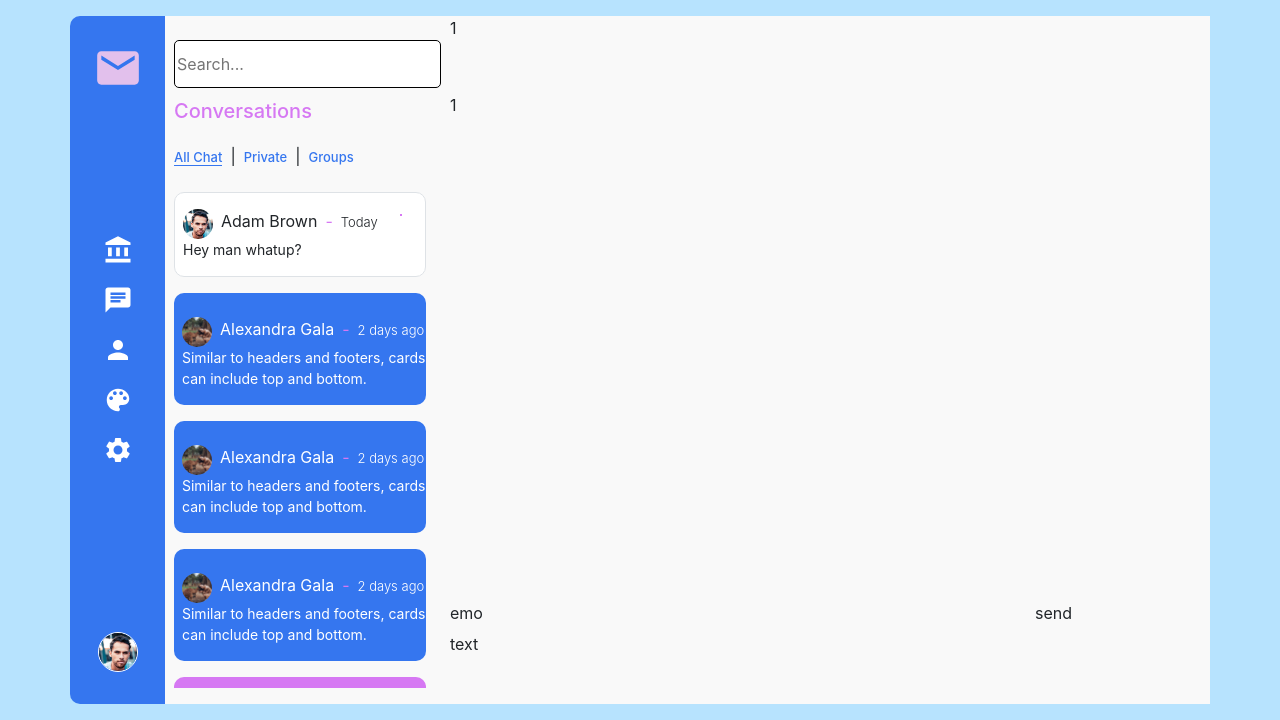
Repository: arafat877/super-chat
Page: /
These files come from the project's save history. The page is drawn as it stood at one moment and after the next save; the edit follows.
The browser window is 1280 px wide. The pictures show the whole page.
The project was rebuilt for these pictures with package versions that can differ from the ones it lists, and the page was loaded fresh each time.

Above is the page before, as saved 2020-08-07 01:11:57.

### public/index.html
<!DOCTYPE html>
<html lang="en">
  <head>
    <meta charset="utf-8" />
    <meta name="viewport" content="width=device-width, initial-scale=1" />
    <meta name="theme-color" content="#000000" />
    <meta
      name="description"
      content="Chat application with node.js, express, react.js, mongoDb and socket.io"
    />
    <link rel="stylesheet" href="styles.css" />
    <link
      rel="stylesheet"
      href="https://maxcdn.bootstrapcdn.com/bootstrap/4.5.0/css/bootstrap.min.css"
      integrity="sha384-9aIt2nRpC12Uk9gS9baDl411NQApFmC26EwAOH8WgZl5MYYxFfc+NcPb1dKGj7Sk"
      crossorigin="anonymous"
    />
    <link
      href="https://fonts.googleapis.com/css2?family=Roboto:wght@100;300;400;500;700;900&display=swap"
      rel="stylesheet"
    />

    <title>Super Chat</title>
  </head>
  <body>
    <noscript>You need to enable JavaScript to run this app.</noscript>
    <div id="root"></div>
  </body>
</html>

### src/App.js
import React from "react";
import "./App.scss";
import {
  Email,
  Chat,
  Person,
  Settings,
  Palette,
  AccountBalance,
} from "@material-ui/icons";

import { Avatar } from '@material-ui/core';
import { AvatarGroup } from "@material-ui/lab";

function App() {
  return (
    <div className="appContainer vh-100 d-flex">
      <div className="container mt-3 mb-3 appWrapper">
        <div className="row h-100">
          <div className="col-1 d-none d-sm-none d-md-block container h-100 firstCol">
            <div className="row logoRow justify-content-center">
              <Email className="m-auto logo" />
            </div>
            <div className="row menuRow">
              <ul className="menuList m-auto p-0">
                <li className="menuItem">
                  <AccountBalance className="menuItemIcon" />
                </li>
                <li className="menuItem">
                  <Chat className="menuItemIcon" />
                </li>
                <li className="menuItem">
                  <Person className="menuItemIcon" />
                </li>
                <li className="menuItem">
                  <Palette className="menuItemIcon" />
                </li>
                <li className="menuItem">
                  <Settings className="menuItemIcon" />
                </li>
              </ul>
            </div>
            <div className="row photoRow justify-content-center">
              <img
                className="m-auto profilePhoto"
                src={require("./assets/m1.jpeg")}
                alt="profile"
              />
            </div>
          </div>
          <div className="col-3 container h-100 secondCol p-4">
            <div className="row searchRow">
              <input className="searchInput" placeholder="Search..." />
            </div>
            <div className="row convRow mt-2">
              <span className="convSpan">Conversations</span>
            </div>
            <div className="row selectRow">
              <ul className="selectionList p-0">
                <li
                  className="selectionListItem d-inline mr-2"
                  style={{ borderBottom: "solid 0.05px #3576ef" }}
                >
                  All Chat
                </li>
                |
                <li className="selectionListItem d-inline mr-2 ml-2">
                  Private
                </li>
                |
                <li className="selectionListItem d-inline mr-2 ml-2">Groups</li>
              </ul>
            </div>
            <div className="row groupsRow">
              <div className="container">
                <div className="row convCard pt-3 pb-3 pl-2 mt-3">
                  <img
                    className="userProfilePicture"
                    src={require("./assets/m1.jpeg")}
                    alt="User Profile"
                  />
                  <span className="userName ml-2">Adam Brown</span>
                  <span className="dash ml-2">-</span>
                  <span className="chatDate ml-2 mt-1">Today</span>
                  <hr className="hr"></hr>
                  <span className="text">Hey man whatup?</span>
                </div>

                <div className="row convCardHot pt-4 pb-3 pl-2 mt-3">
                  <img
                    className="userProfilePicture"
                    src={require("./assets/f1.jpeg")}
                    alt="User Profile"
                  />
                  <span className="userName ml-2">Alexandra Gala</span>
                  <span className="dash ml-2">-</span>
                  <span className="chatDate ml-2 mt-1">2 days ago</span>
                  <hr className="hr"></hr>
                  <span className="text">
                    Similar to headers and footers, cards can include top and
                    bottom.
                  </span>
                </div>

                <div className="row convCardHot pt-4 pb-3 pl-2 mt-3">
                  <img
                    className="userProfilePicture"
                    src={require("./assets/f1.jpeg")}
                    alt="User Profile"
                  />
                  <span className="userName ml-2">Alexandra Gala</span>
                  <span className="dash ml-2">-</span>
                  <span className="chatDate ml-2 mt-1">2 days ago</span>
                  <hr className="hr"></hr>
                  <span className="text">
                    Similar to headers and footers, cards can include top and
                    bottom.
                  </span>
                </div>

                <div className="row convCardHot pt-4 pb-3 pl-2 mt-3">
                  <img
                    className="userProfilePicture"
                    src={require("./assets/f1.jpeg")}
                    alt="User Profile"
                  />
                  <span className="userName ml-2">Alexandra Gala</span>
                  <span className="dash ml-2">-</span>
                  <span className="chatDate ml-2 mt-1">2 days ago</span>
                  <hr className="hr"></hr>
                  <span className="text">
                    Similar to headers and footers, cards can include top and
                    bottom.
                  </span>
                </div>

                <div className="row convCardGroup pt-3 pb-3 pl-2 mt-3">
                  <img
                    className="userProfilePicture"
                    src={require("./assets/g1.jpeg")}
                    alt="User Profile"
                  />
                  <span className="userName ml-2">3 Idiots</span>
                  <span className="dash ml-2">-</span>
                  <span className="chatDate ml-2 mt-1">2 days ago</span>
                  <hr className="hr"></hr>
                  <span className="text">
                    You can use the border property to style a hr element.
                  </span>
                  <hr></hr>
                  <AvatarGroup max={3} className="mr-4">
                    <Avatar
                      alt="Remy Sharp"
                      className="avatar"
                      src={require("./assets/m1.jpeg")}
                    />
                    <Avatar
                      alt="Travis Howard"
                      className="avatar"
                      src={require("./assets/f1.jpeg")}
                    />
                    <Avatar
                      alt="Cindy Baker"
                      className="avatar"
                      src={require("./assets/g1.jpeg")}
                    />
                  </AvatarGroup>
                </div>
              </div>
            </div>
          </div>
          <div className="col-8 container h-100 thirdCol">
            <div className="row chatInfo">1</div>
            <div className="row chatMessages">1</div>
            <div className="row chatInput">
              <div className="col-md-9 container">
                <div className="row inputEmoji">emo</div>
                <div className="row inputText">text</div>
              </div>
              <div className="col-md-3">send</div>
            </div>
          </div>
        </div>
      </div>
    </div>
  );
}

export default App;

### src/App.scss
.appContainer {
  background-color: #b7e3fe;

  .appWrapper {
    background-color: #3576ef;
    border-radius: 10px;

    .firstCol {
      .logoRow {
        height: 15%;

        .logo {
          font-size: 50px;
          color: rgb(226, 192, 236);
        }
      }
      .menuRow {
        height: 70%;

        .menuList {
          list-style: none;

          .menuItem {
            margin-bottom: 20px;

            .menuItemIcon {
              font-size: 30px;
              color: white;
            }
          }
        }
      }
      .photoRow {
        height: 15%;

        .profilePhoto {
          height: 40px;
          width: 40px;
          border: solid thin white;
          border-radius: 50%;
          object-fit: cover;
        }
      }
    }

    .secondCol {
      background-color: #f9f9f9;

      .searchRow {
        height: 7.5%;

        .searchInput {
          width: 100%;
          border: solid 0.5px;
          background-color: white;
          border-radius: 5px;

          &:focus {
            outline: none;
          }
        }
      }

      .convRow {
        height: 7.5%;

        .convSpan {
          font-weight: 500;
          font-size: 20px;
          color: rgb(214, 120, 243);
        }
      }
      .selectRow {
        height: 5%;

        .selectionList {
          list-style: none;

          .selectionListItem {
            font-weight: 500;
            font-size: 13px;
            color: #3576ef;
          }
        }
      }

      ::-webkit-scrollbar {
        width: 5px;
        height: 5px;
      }

      ::-webkit-scrollbar-track {
        background: white; /* color of the tracking area */
      }

      ::-webkit-scrollbar-thumb {
        background-color: #b5caf0; /* color of the scroll thumb */
        border-radius: 5px; /* roundness of the scroll thumb */
      }

      .groupsRow {
        height: 80%;
        overflow-y: scroll;

        .convCard {
          background-color: white;
          border: solid 0.5px #dee2e6;
          border-radius: 10px;
          margin-right: 0;

          .userProfilePicture {
            height: 30px;
            width: 30px;
            border-radius: 50%;
            object-fit: cover;
          }

          .userName {
            // color: white;
          }

          .dash {
            color: rgb(214, 120, 243);
          }

          .chatDate {
            // color: white;
            font-size: 13px;
            font-weight: 300;
          }

          .hr {
            white-space: pre-line;
            border: solid 1px;
            border-color: rgb(214, 120, 243);
            margin-top: 5px;
            margin-bottom: 5px;
          }

          .text {
            // color: white;
            font-size: 14px;
          }
        }

        .convCardHot {
          background-color: #3576ef;
          border-radius: 10px;
          margin-right: 0;

          .userProfilePicture {
            height: 30px;
            width: 30px;
            border-radius: 50%;
            object-fit: cover;
          }

          .userName {
            color: white;
          }

          .dash {
            color: rgb(214, 120, 243);
          }

          .chatDate {
            color: white;
            font-size: 13px;
            font-weight: 300;
          }

          .hr {
            border-color: rgb(214, 120, 243);
            margin-bottom: 5px;
          }

          .text {
            color: white;
            font-size: 14px;
          }
        }

        .convCardGroup {
          background-color: rgb(214, 120, 243);
          border-radius: 10px;
          margin-right: 0;

          .userProfilePicture {
            height: 30px;
            width: 30px;
            border-radius: 50%;
            object-fit: cover;
          }

          .userName {
            color: white;
          }

          .dash {
            color: white;
          }

          .chatDate {
            color: white;
            font-size: 13px;
            font-weight: 300;
          }

          .hr {
            border-color: rgb(214, 120, 243);
            margin-bottom: 5px;
          }

          .text {
            color: white;
            font-size: 14px;
          }

          .avatar {
            height: 30px;
            width: 30px;
          }
        }
      }
    }

    .thirdCol {
      background-color: #f9f9f9;

      .chatInfo {
        height: 11.25%;
      }
      .chatMessages {
        height: 73.75%;
      }
      .chatInput {
        height: 15%;

        .inputEmoji {
          height: 30%;
        }
        .inputText {
          height: 70%;
        }
      }
    }
  }
}

Loaded but not shown: src/index.js (common file); public/styles.css (common file)

After the next save:
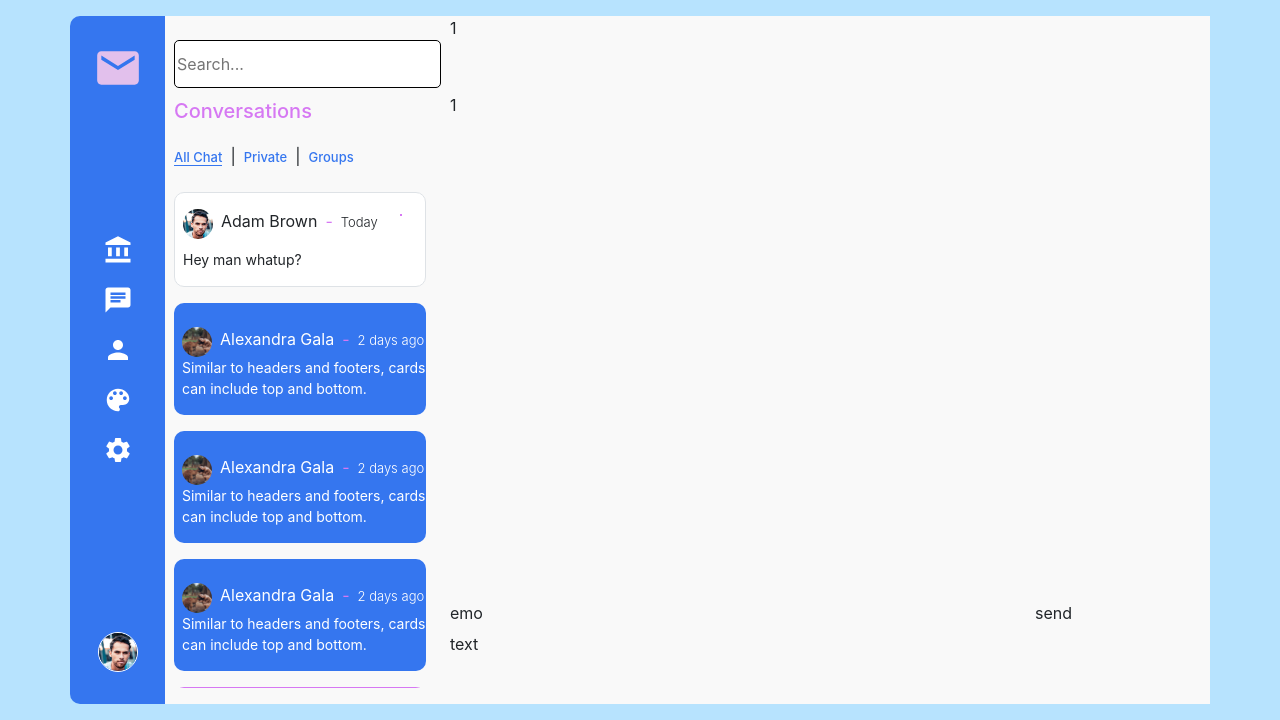
Saved 6 s later.
--- a/src/App.js
+++ b/src/App.js
@@ -81,7 +81,7 @@ function App() {
                   />
                   <span className="userName ml-2">Adam Brown</span>
                   <span className="dash ml-2">-</span>
-                  <span className="chatDate ml-2 mt-1">Today</span>
+                  <p className="chatDate ml-2 mt-1">Today</p>
                   <hr className="hr"></hr>
                   <span className="text">Hey man whatup?</span>
                 </div>

After the save that followed:
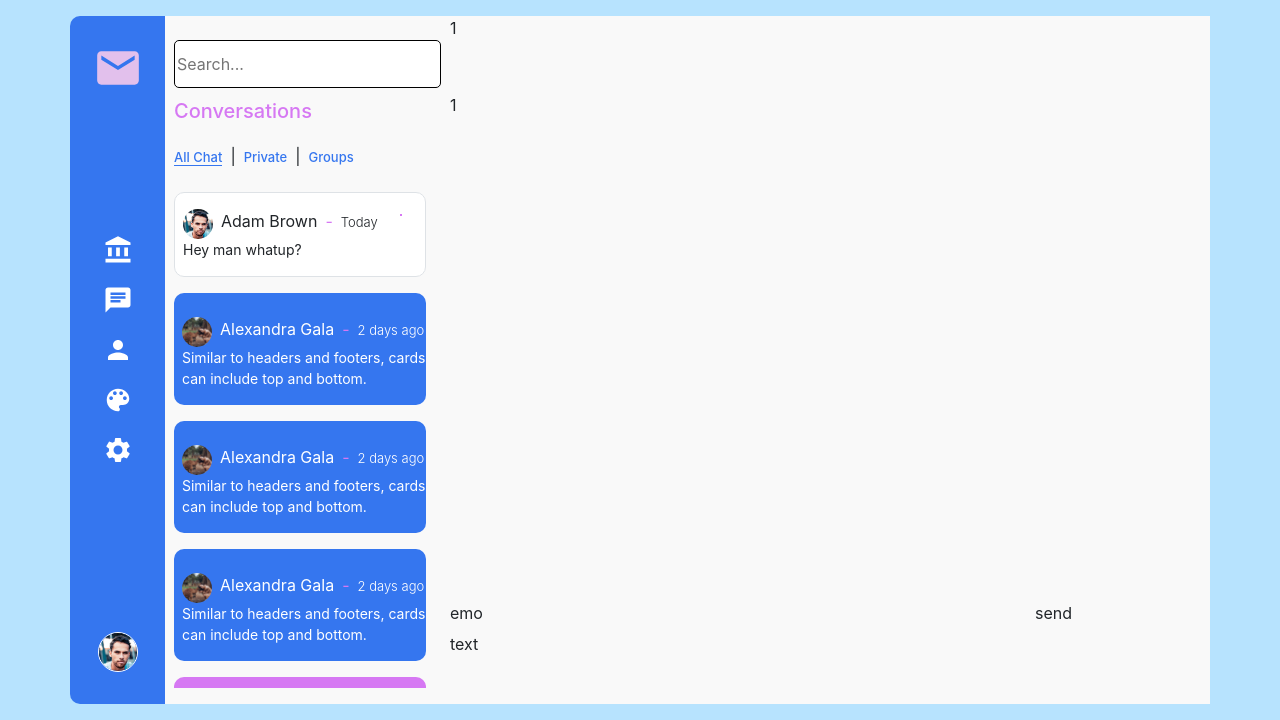
Saved 7 s later.
--- a/src/App.js
+++ b/src/App.js
@@ -81,7 +81,7 @@ function App() {
                   />
                   <span className="userName ml-2">Adam Brown</span>
                   <span className="dash ml-2">-</span>
-                  <p className="chatDate ml-2 mt-1">Today</p>
+                  <span className="chatDate ml-2 mt-1">Today</span>
                   <hr className="hr"></hr>
                   <span className="text">Hey man whatup?</span>
                 </div>
